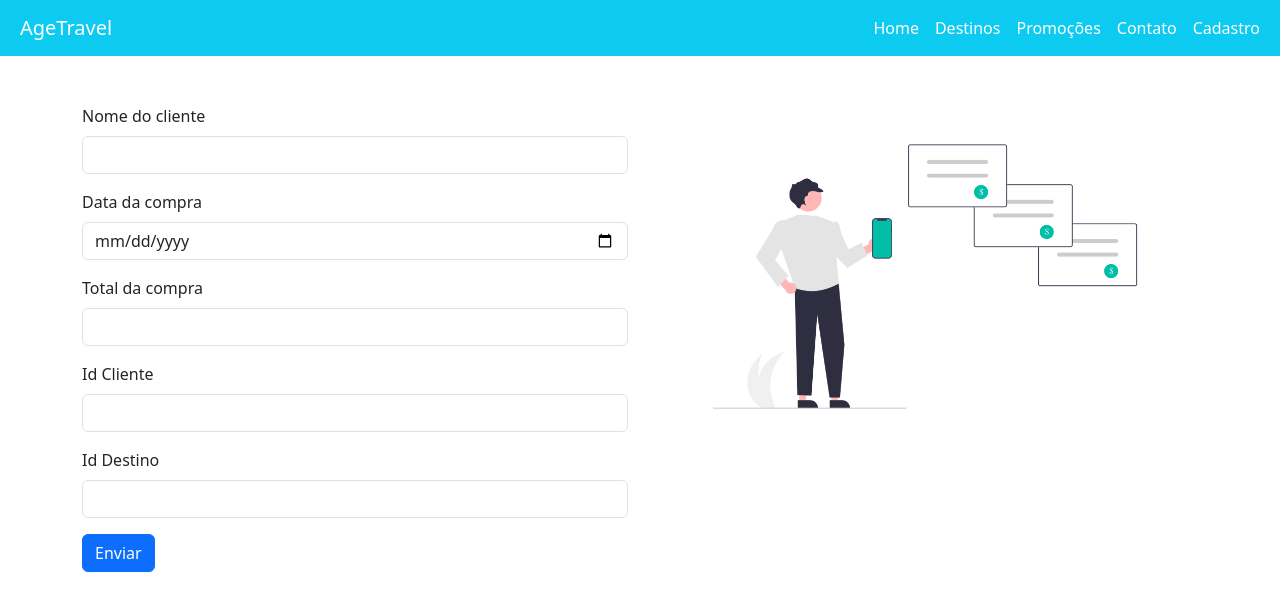
Repository: suyannepereira/modulo5
Page: http://localhost/compras/cadastro
An editor plug-in stored every save of this project. The page is shown before and after the next save, followed by the edit.
The browser window is 1280 px wide. The pictures show the whole page.
The page is this project's Thymeleaf template; nobody is signed in. The template is opened directly, without the code that normally fills it, so the values that code supplies are empty.

Above is the page before, as saved 2023-12-15 00:39:30.

After the next save:
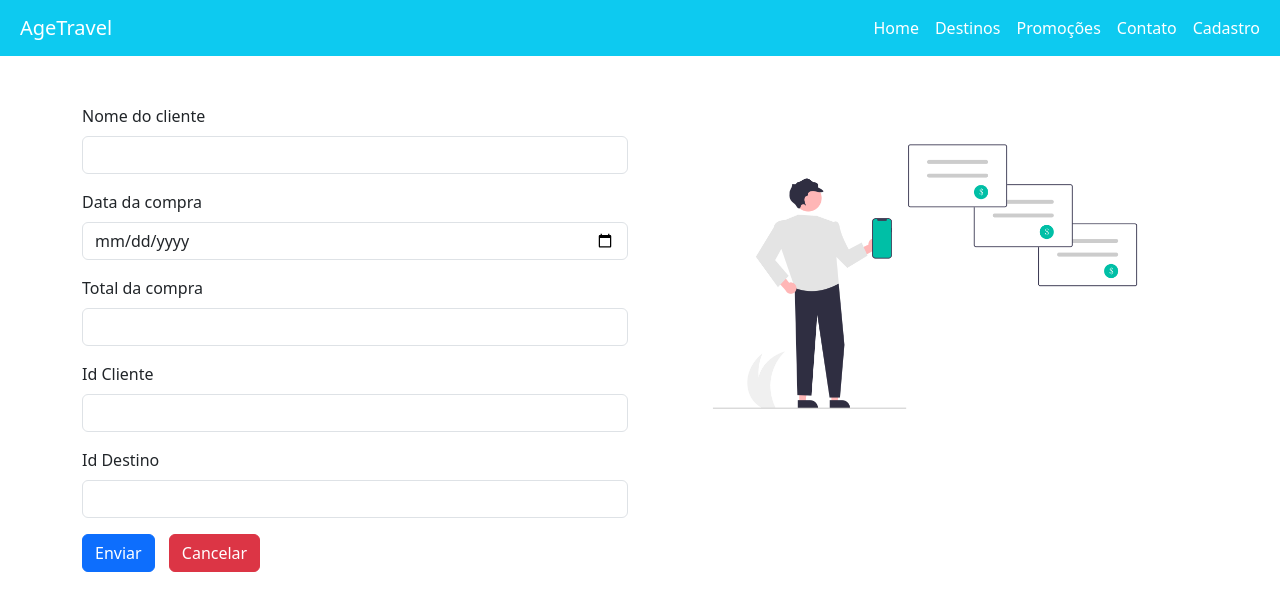
Saved 61 s later.
--- a/mod5/src/main/resources/templates/compras/cadastro.html
+++ b/mod5/src/main/resources/templates/compras/cadastro.html
@@ -67,7 +67,7 @@
 					</div>
 
 					<button type="submit" class="btn btn-primary">Enviar</button>
-					<!--                    <a href="/clientes" class="btn btn-danger" style="margin-left: 10px"> Cancelar </a>-->
+					<a href="/clientes" class="btn btn-danger" style="margin-left: 10px"> Cancelar </a>
 				</form>
 			</div>
 			<div class="col-md-6">
